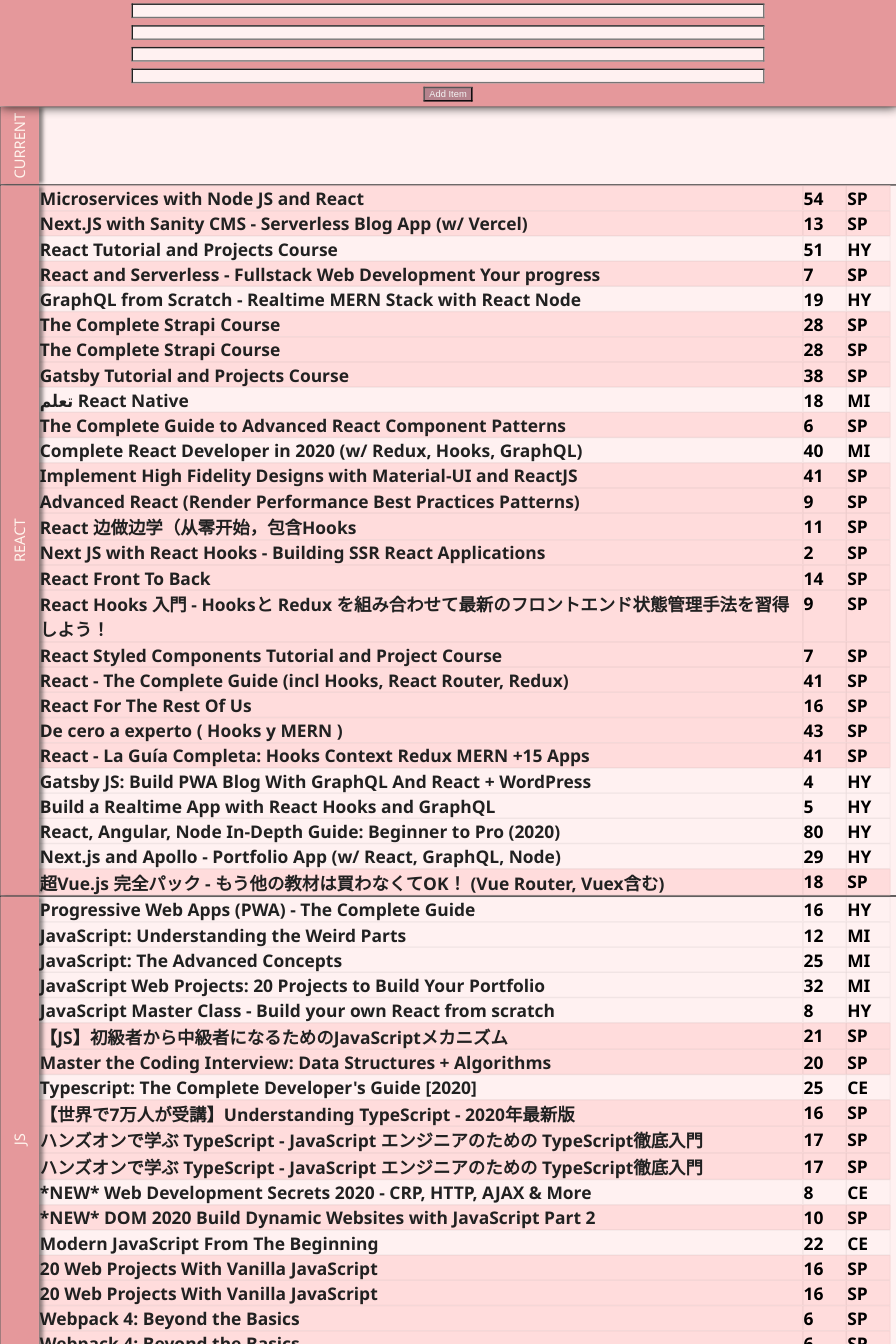
Repository: ClementLight/plan
Page: codicrs.html
The author's editor kept a copy of each file at every save. The page is drawn from the files as they stood at one save, then again after the next save.
The browser window is 1280 px wide. The pictures show the part of the page from y = 0 to 1920 px (the page is 3374 px tall before and 720 px after), at 70% of full size.

Above is the page before, as saved 2020-09-01 17:59:43.

### codicrs.html
<!DOCTYPE html>
<html lang="en">
  <head>
    <meta charset="UTF-8" />
    <meta name="viewport" content="width=device-width, initial-scale=1.0" />
    <title>Plan List</title>
    <link rel="stylesheet" href="style.css" />
  </head>
  <body>
    <section id="add-item" class="add-item">
      <input type="text" class="add-item__input--url" />
      <input type="text" class="add-item__input--name" />
      <input type="text" class="add-item__input--hours" />
      <input type="text" class="add-item__input--account" />
      <button class="add-item__button">Add Item</button>
    </section>
    <section class="top-container">
      <section class="maincontainers">
        <div class="lessontype">CURRENT</div>
        <div id="lessonsCurrent" class="lessons"></div>
      </section>
      <section class="maincontainers">
        <div id="react-section" class="lessontype">REACT</div>
        <div id="lessonsReact" class="lessons"></div>
      </section>
      <section class="maincontainers">
        <div class="lessontype">JS</div>
        <div id="lessonsJavascript" class="lessons"></div>
      </section>
      <section class="maincontainers">
        <div class="lessontype">NODE</div>
        <div id="lessonsNode" class="lessons"></div>
      </section>
      <section class="maincontainers">
        <div class="lessontype">CSS</div>
        <div id="lessonsCss" class="lessons"></div>
      </section>
      <section class="maincontainers">
        <div class="lessontype">WEBDEV</div>
        <div id="lessonsWebdev" class="lessons"></div>
      </section>
    </section>

    <!-- //TODO scripts -->
    <script src="jsondata.js"></script>
    <!-- <script src="htmlgenerator.js"></script> -->
    <script>
      // const hoursList = [...document.querySelectorAll(".hours")]
      let allClasses = Array.from(document.querySelectorAll(".hours"))
      allClassesValues = allClasses.map((node) => parseInt(node.textContent))
      let total = allClassesValues.reduce((a, b) => a + b, 0)

      const addItem = () => {
        itemUrl = document.querySelector(".add-item__input--url").value
        itemName = document.querySelector(".add-item__input--name").value
        itemHours = document.querySelector(".add-item__input--hours").value
        itemAccount = document.querySelector(".add-item__input--account").value

        newItemHtml = `
        <div class="lesson lesson-background-filter">
        <a class="lessonname" href="${itemUrl}">${itemName} </a>
        <span class="hours">${itemHours}</span>
        <span class="account">${itemAccount}</span>
        </div>
        `
        document.getElementById("react-section__lessons").insertAdjacentHTML("afterbegin", newItemHtml)

        console.log(newItemHtml)
      }

      document.querySelector(".add-item__button").addEventListener("click", addItem)
      console.log(navigator.userAgent)

      //TODO check browser

      let browserAndVersion = (navigator.sayswho = (function () {
        var ua = navigator.userAgent,
          tem,
          M = ua.match(/(opera|chrome|safari|firefox|msie|trident(?=\/))\/?\s*(\d+)/i) || []
        if (/trident/i.test(M[1])) {
          tem = /\brv[ :]+(\d+)/g.exec(ua) || []
          return "IE " + (tem[1] || "")
        }
        if (M[1] === "Chrome") {
          tem = ua.match(/\b(OPR|Edge?)\/(\d+)/)
          if (tem != null) return tem.slice(1).join(" ").replace("OPR", "Opera").replace("Edg ", "Edge ")
        }
        M = M[2] ? [M[1], M[2]] : [navigator.appName, navigator.appVersion, "-?"]
        if ((tem = ua.match(/version\/(\d+)/i)) != null) M.splice(1, 1, tem[1])
        return M.join(" ")
      })())

      //TODO xpath way of selecting stuff. I like it.
      function getElementsByXPath(xpath, parent) {
        let results = []
        let query = document.evaluate(xpath, parent || document, null, XPathResult.ORDERED_NODE_SNAPSHOT_TYPE, null)
        for (let i = 0, length = query.snapshotLength; i < length; ++i) {
          results.push(query.snapshotItem(i))
        }
        return results
      }

      if (browserAndVersion.includes("Chrome")) {
        let itemsXPathed = getElementsByXPath("//span[text()='SP']")
        itemsXPathed.forEach((node) => {
          node.parentElement.classList.remove("lesson-background-filter")
          node.parentElement.classList.add("browserColor")
        })
      } else if (browserAndVersion.includes("Firefox")) {
        let itemsXPathed = getElementsByXPath("//span[text()='HY']")
        itemsXPathed.forEach((node) => {
          node.parentElement.classList.remove("lesson-background-filter")
          node.parentElement.classList.add("browserColor")
        })
      } else if (browserAndVersion.includes("Edge")) {
        //here for a chage I got the parent element directly with xpath
        let itemsXPathed = getElementsByXPath("//div[./span[text()='MI']]")
        itemsXPathed.forEach((node) => {
          node.classList.remove("lesson-background-filter")
          node.classList.add("browserColor")
        })
      } else if (browserAndVersion.includes("Opera")) {
        //here for a chage I got the parent element directly with xpath
        let itemsXPathed = getElementsByXPath("//div[./span[text()='CE']]")
        itemsXPathed.forEach((node) => {
          node.classList.remove("lesson-background-filter")
          node.classList.add("browserColor")
        })
      }
    </script>
  </body>
</html>

### style.css
:root {
  /* --browser-color: var(--tertiary-color);
        --lessons-color: var(--secondary-color);
        --hover-color: var(--septenary-color);
        --main-containers-color: var(--secondary-color);
         */
  --primary-color: #e5989b;
  --secondary-color: #ffb4a2;
  --tertiary-color: #ffcdb2;
  --quaternary-color: #b5838d;
  --quinary-color: #6d6875;

  --senary-color: #ffdcdc;
  --septenary-color: #fdffb6;
  --octonary-color: #caffbf;
  --nonary-color: red;
  --denary-color: #fff1f1;

  --main-interface-color: var(--primary-color);
  --main-containers-color: var(--denary-color);
  --browser-color: var(--senary-color);

  --lessons-color: var(--octonary-color);
  --hover-color: var(--tertiary-color);
  --input-color: var(--main-containers-color);

  /* theme 2 */
  /* --primary-color: #ffadad;
        --secondary-color: #ffc6ff;
        --tertiary-color: #bdb2ff;
        --quaternary-color: #a0c4ff;
        --quinary-color: #9bf6ff;
        --senary-color: #ffd6a5;
        --septenary-color: #fdffb6;
        --octonary-color: #caffbf;
        --nonary-color: red;
        --denary-color: #fffffc;

        --main-interface-color: var(--primary-color);
        --main-containers-color: var(--denary-color);
        --browser-color: var(--quaternary-color);
        --lessons-color: var(--octonary-color);
        --hover-color: var(--secondary-color); */
}
.browserColor {
  background-color: var(--browser-color);
  /* box-shadow: 0px 0px 3px #212121; */
}
.browsercolor:hover {
  color: white;
}
html {
  font-family: "Segoe UI", Tahoma, Geneva, Verdana, sans-serif;
  font-size: 62.2%;
  overflow-x: hidden;
  max-width: 100%;
}
body {
  position: relative;
  padding: 0;
  margin: 0;
  box-sizing: border-box;
  display: flex;
  justify-content: center;
  align-items: center;
  display: flex;
  flex-direction: column;
  width: 100%;
  overflow-x: hidden;
  max-width: 100%;
}
.add-item {
  display: flex;
  flex-direction: column;
  align-items: center;
  justify-content: center;
  background-color: var(--primary-color);
  /* border: 2px solid #212121; */
  box-shadow: 1px 1px 15px rgb(24, 23, 21, 1);
  width: 100vw;
  border-bottom: none;
  z-index: 5;
  /* transform: translateY(-10rem); */
}
.add-item__input--url {
  background-color: var(--input-color);
  width: 70%;
  margin: 5px;
}
.add-item__input--name {
  background-color: var(--input-color);
  width: 70%;
  margin: 5px;
}
.add-item__input--hours {
  background-color: var(--input-color);
  width: 70%;
  margin: 5px;
}
.add-item__input--account {
  background-color: var(--input-color);
  width: 70%;
  margin: 5px;
}

.add-item__button {
  background: var(--quaternary-color);
  transition: all 1s;
  color: whitesmoke;
  margin-bottom: 0.7rem;
}
.add-item__button:hover {
  background-color: var(--quinary-color);
  color: black;
}

.top-container {
  margin: 0;
  display: flex;
  flex-direction: column;
  width: 100vw;
  z-index: 2;
  font-size: 2.5rem;
  overflow-x: hidden;
  border-top: none;
}
.maincontainers {
  display: flex;
  width: 100vw;
  background: var(--main-containers-color);
  border: 1px solid #212121;
}

.lessontype {
  flex-basis: 3%;
  font-size: 2.1rem;
  border: rgba(255, 255, 255, 0.05) 1px solid;
  background-color: var(--main-interface-color);
  /* background: none; */
  color: seashell;
  transform: rotate(-180deg);
  /* transform-origin: 0 0; */
  display: flex;
  /* position: relative; */
  /* height: 100%; */
  writing-mode: vertical-rl;
  padding: 1vh;
  align-items: center;
  justify-content: center;
  box-shadow: -5px 0px 5px rgb(24, 23, 21, 0.5);
  z-index: 5;
}

.lessons {
  flex-basis: 95%;
  display: flex;
  flex-direction: column;
  position: relative;
}
.lesson {
  display: flex;
  /* color: rgb(2, 2, 1); */
  font-weight: 600;
}

.lesson-background-filter {
  /* background-image: linear-gradient(to right, #fca0a000, #fca0a010); */
  /* filter: blur(1px); */
  /* background-color: rgb(255, 205, 186); */
}

.lessonname {
  flex-basis: 90%;
  border: #21212110 0.5px solid;
}
.lesson:hover {
  /* background-color: var(--hover-color); */
  box-shadow: 0 0 5px coral;
  transform: scale(1.009) translateX(5px);
  transition: 0.2s;
  text-shadow: 0 0 5px rgb(240, 200, 186);
  color: rgb(0, 0, 0);
  background-color: var(--hover-color);
  /* transition: 0.02s; */
}
.lesson:active {
  background-color: var(--septenary-color);
  transition: 0.1s;
}
.account {
  flex-basis: 5%;
  border: #21212110 0.5px solid;
}
.hours {
  flex-basis: 5%;
  border: #21212110 0.5px solid;
}
a:link {
  color: #212121;
  text-decoration: none;
}

a:visited {
  color: currentColor;
  text-decoration: none;
}

a:hover {
  text-decoration: none;
}

a:active {
  text-decoration: none;
}

Loaded but not shown: jsondata.js (774 lines, source omitted)

After the next save:
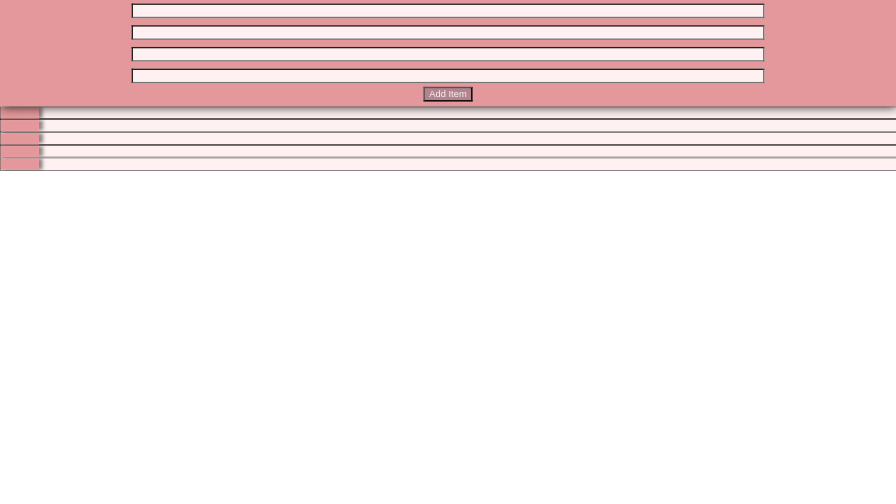
Console error: TypeError: Cannot read properties of null (reading 'innerHTML')
Saved 17 s later.
--- a/codicrs.html
+++ b/codicrs.html
@@ -14,7 +14,7 @@
       <input type="text" class="add-item__input--account" />
       <button class="add-item__button">Add Item</button>
     </section>
-    <section class="top-container">
+    <!-- <section class="top-container">
       <section class="maincontainers">
         <div class="lessontype">CURRENT</div>
         <div id="lessonsCurrent" class="lessons"></div>
@@ -39,7 +39,7 @@
         <div class="lessontype">WEBDEV</div>
         <div id="lessonsWebdev" class="lessons"></div>
       </section>
-    </section>
+    </section> -->
 
     <!-- //TODO scripts -->
     <script src="jsondata.js"></script>
